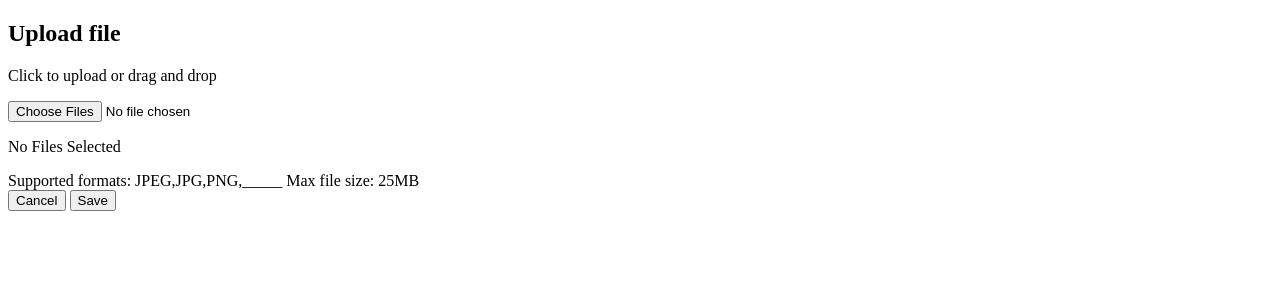
Repository: Injenuity1/file_System_1
Page: index.html
These files come from the project's save history. The page is drawn as it stood at one moment and after the next save; the edit follows.
The browser window is 1280 px wide. The pictures show the whole page.

Above is the page before, as saved 2025-02-05 02:01:29.

After the next save:
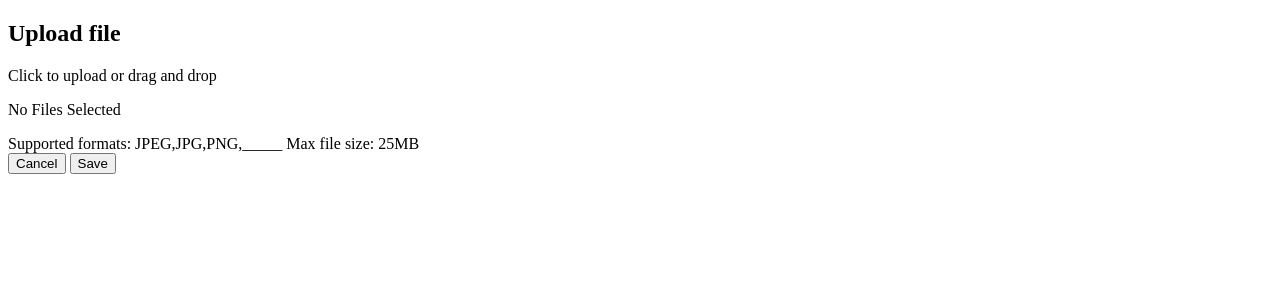
Saved 105 s later.
--- a/index.html
+++ b/index.html
@@ -1,35 +1,39 @@
 <!DOCTYPE html>
 <html lang="en">
+
 <head>
     <meta charset="UTF-8">
     <meta name="viewport" content="width=device-width, initial-scale=1.0">
+    <head ref="styles/text" href="styles.css">
     <title>File Uploader</title>
 </head>
+
 <body>
-<main>
-    <form class="dropzone-box">
-        <h2>Upload file</h2>
-        <p>Click to upload or drag and drop</p>
-        <div class="dropzone-area" role="region" aria-live="polite">
-        <label for= "upload-file" class="file-load-icon" aria-hidden="true"></label>
-<input type="file" required multiple id="upload-file" name="uploaded-file" accept="image/*" aria-describedby="file-info">
-        <div id="file-info" class="file-info">
-            <p>No Files Selected</p>
+    <main>
+        <form class="dropzone-box">
+            <h2>Upload file</h2>
+            <p>Click to upload or drag and drop</p>
+            <form class="dropzone-area" role="region" aria-live="polite">
+                <label for="upload-file" class="file-load-icon" aria-hidden="true"></label>
+                <div type="file" required multiple id="upload-file" name="uploaded-file" accept="image/*" aria-describedby="file-info">
+                <div id="file-info" class="file-info">
+                    <p>No Files Selected</p>
+                </div>
             </div>
-        </div>
-        <div class="dropzone-description">
-            <span>Supported formats: JPEG,JPG,PNG,_____</span>
-            <span>Max file size: 25MB</span>
-        </div>
-        <div class="dropzone-actions">
-            <div class="dropzone-help">
+            <div class="dropzone-description">
+                <span>Supported formats: JPEG,JPG,PNG,_____</span>
+                <span>Max file size: 25MB</span>
             </div>
-            <div class="action-buttons">
-                <button type="reset" aria-label="Cancel file Selection">Cancel</button>
-                <button id="submit-button" type="submit" aria-label="Upload Selected files">Save</button>
+            <div class="dropzone-actions">
+                <div class="dropzone-help">
+                </div>
+                <div class="action-buttons">
+                    <button type="reset" aria-label="Cancel file Selection">Cancel</button>
+                    <button id="submit-button" type="submit" aria-label="Upload Selected files">Save</button>
+                </div>
             </div>
         </div>
     </form>
-</main>
 </body>
+
 </html>
